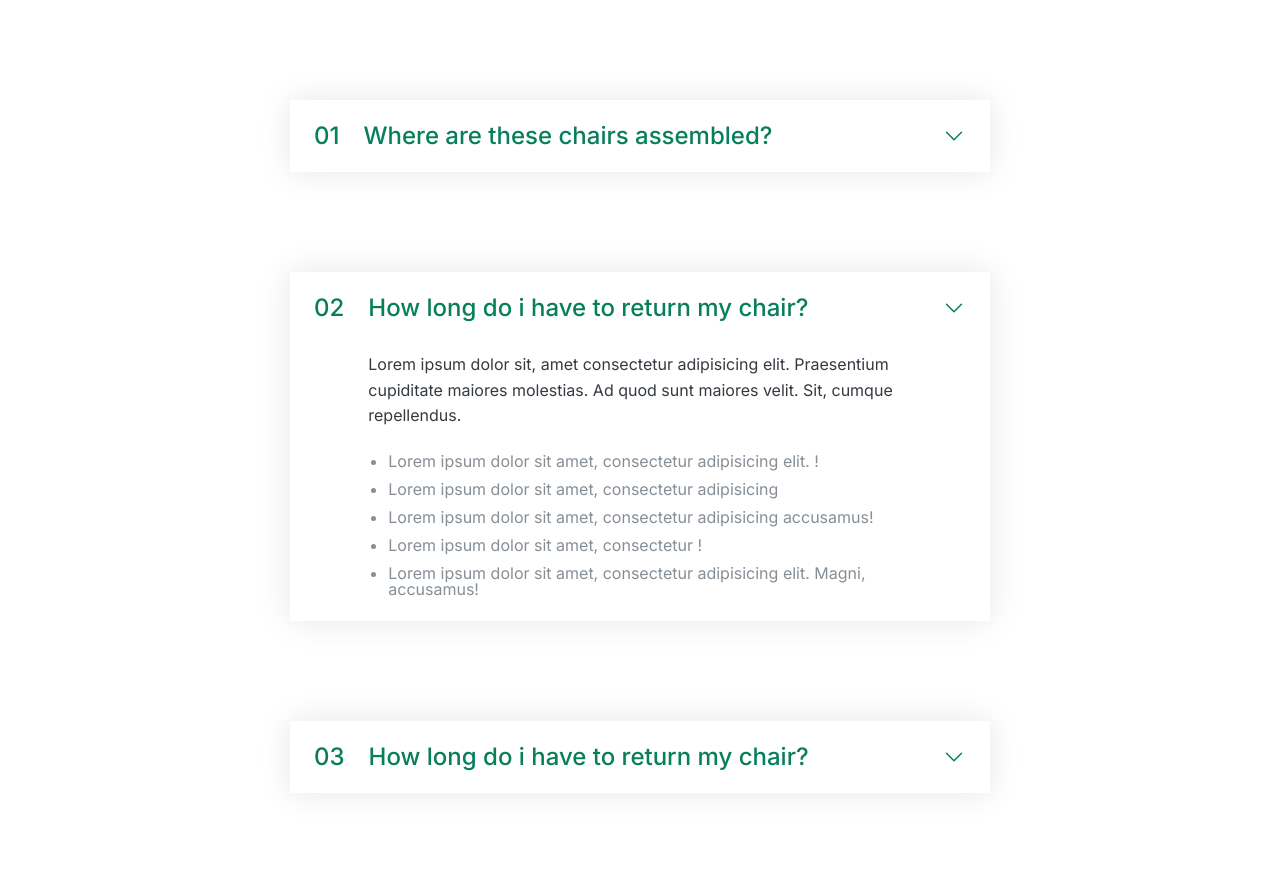
Repository: sunny070/CSS
Page: HTML and CSS some of the important components/index.html
These files come from the project's save history. The page is drawn as it stood at one moment and after a run of saves; the edit follows.
The browser window is 1280 px wide. The pictures show the whole page.

Above is the page before, as saved 2023-11-13 15:28:34.

### HTML and CSS some of the important components/index.html
<!DOCTYPE html>
<html lang="en">
  <head>
    <meta charset="UTF-8" />
    <meta name="viewport" content="width=device-width, initial-scale=1.0" />
    <title>Accordion Components</title>
    <link
      href="https://fonts.googleapis.com/css2?family=Inter:wght@400;500;700&display=swap"
      rel="stylesheet"
    />
    <style>
      /*
    SPACING SYSTEM (px)
    2 / 4 / 8 / 12 / 16 / 24 / 32 / 48 / 64 / 80 / 96 / 128

    FONT SIZE SYSTEM (px)
    10 / 12 / 14 / 16 / 18 / 20 / 24 / 30 / 36 / 44 / 52 / 62 / 74 / 86 / 98
    */

      /*
    MAIN COLOR: #087f5b
    GREY COLOR: #343a40
    */

      * {
        margin: 0;
        padding: 0;
        box-sizing: border-box;
      }

      /* ------------------------ */
      /* GENERAL STYLES */
      /* ------------------------ */
      body {
        font-family: "Inter", sans-serif;
        color: #343a40;
        line-height:1;
      }
      .accordion
      {
        width:700px;
        margin: 100px auto;

      }
      .item{
        box-shadow: 0 0 32px rgba(0,0,0,0.1);
        padding: 24px;
        display: grid;
        grid-template-columns: auto 1fr auto;
        column-gap:24px;
        row-gap: 32px;
        align-items:center;
      }
      .number ,.text{
        font-size: 24px;
        font-weight: 500;
        color:#087f5b;
      }

      .icon{
        width: 24px;
        height: 24px;
        stroke: #087f5b;
      }
      .hidden-box{
        grid-column: 2;
      }
      .hidden-box p{
        line-height: 1.6;
        margin-bottom: 24px;
      }
      .hidden-box ul{
        color:#868e96;
        margin-left: 20px;
        display:flex;
        flex-direction: column;
        gap: 12px;

      }
      /* .hidden-box li{
        margin-bottom: 12px;
      } */
    </style>
  </head>
  <body>
    <div class="accordion">
      <div class="item">
      <p class="number"> 01</p>
      <p class="text">Where are these chairs assembled?</p>
      <svg class="icon" xmlns="http://www.w3.org/2000/svg" fill="none" viewBox="0 0 24 24" stroke-width="1.5" stroke="currentColor" class="w-6 h-6">
        <path stroke-linecap="round" stroke-linejoin="round" d="M19.5 8.25l-7.5 7.5-7.5-7.5" />
      </svg>
      <!-- <div class="hidden-box">
        <p>Lorem ipsum dolor sit, amet consectetur adipisicing elit. Praesentium cupiditate maiores molestias. Ad quod sunt maiores velit. Sit, cumque repellendus.</p>
        <ul>
          <li>Lorem ipsum dolor sit amet, consectetur adipisicing elit. !</li>
          <li>Lorem ipsum dolor sit amet, consectetur adipisicing</li>
          <li>Lorem ipsum dolor sit amet, consectetur adipisicing  accusamus!</li>
          <li>Lorem ipsum dolor sit amet, consectetur !</li>
          <li>Lorem ipsum dolor sit amet, consectetur adipisicing elit. Magni, accusamus!</li>

        </ul>
      </div> -->
      </div>

    </div>
<div class="accordion">
  <div class="item">
  <p class="number"> 02</p>
  <p class="text">How long do i have to return my chair?</p>
  <svg class="icon" xmlns="http://www.w3.org/2000/svg" fill="none" viewBox="0 0 24 24" stroke-width="1.5" stroke="currentColor" class="w-6 h-6">
    <path stroke-linecap="round" stroke-linejoin="round" d="M19.5 8.25l-7.5 7.5-7.5-7.5" />
  </svg>
  <div class="hidden-box">
    <p>Lorem ipsum dolor sit, amet consectetur adipisicing elit. Praesentium cupiditate maiores molestias. Ad quod sunt maiores velit. Sit, cumque repellendus.</p>
    <ul>
      <li>Lorem ipsum dolor sit amet, consectetur adipisicing elit. !</li>
      <li>Lorem ipsum dolor sit amet, consectetur adipisicing</li>
      <li>Lorem ipsum dolor sit amet, consectetur adipisicing  accusamus!</li>
      <li>Lorem ipsum dolor sit amet, consectetur !</li>
      <li>Lorem ipsum dolor sit amet, consectetur adipisicing elit. Magni, accusamus!</li>

    </ul>
  </div>
  </div>

</div>
<div class="accordion">
  <div class="item">
  <p class="number"> 03</p>
  <p class="text">How long do i have to return my chair?</p>
  <svg class="icon" xmlns="http://www.w3.org/2000/svg" fill="none" viewBox="0 0 24 24" stroke-width="1.5" stroke="currentColor" class="w-6 h-6">
    <path stroke-linecap="round" stroke-linejoin="round" d="M19.5 8.25l-7.5 7.5-7.5-7.5" />
  </svg>
  <!-- <div class="hidden-box">
    <p>Lorem ipsum dolor sit, amet consectetur adipisicing elit. Praesentium cupiditate maiores molestias. Ad quod sunt maiores velit. Sit, cumque repellendus.</p>
    <ul>
      <li>Lorem ipsum dolor sit amet, consectetur adipisicing elit. !</li>
      <li>Lorem ipsum dolor sit amet, consectetur adipisicing</li>
      <li>Lorem ipsum dolor sit amet, consectetur adipisicing  accusamus!</li>
      <li>Lorem ipsum dolor sit amet, consectetur !</li>
      <li>Lorem ipsum dolor sit amet, consectetur adipisicing elit. Magni, accusamus!</li>

    </ul>
  </div> -->
  </div>

</div>

  </body>
</html>

After the next 2 saves:
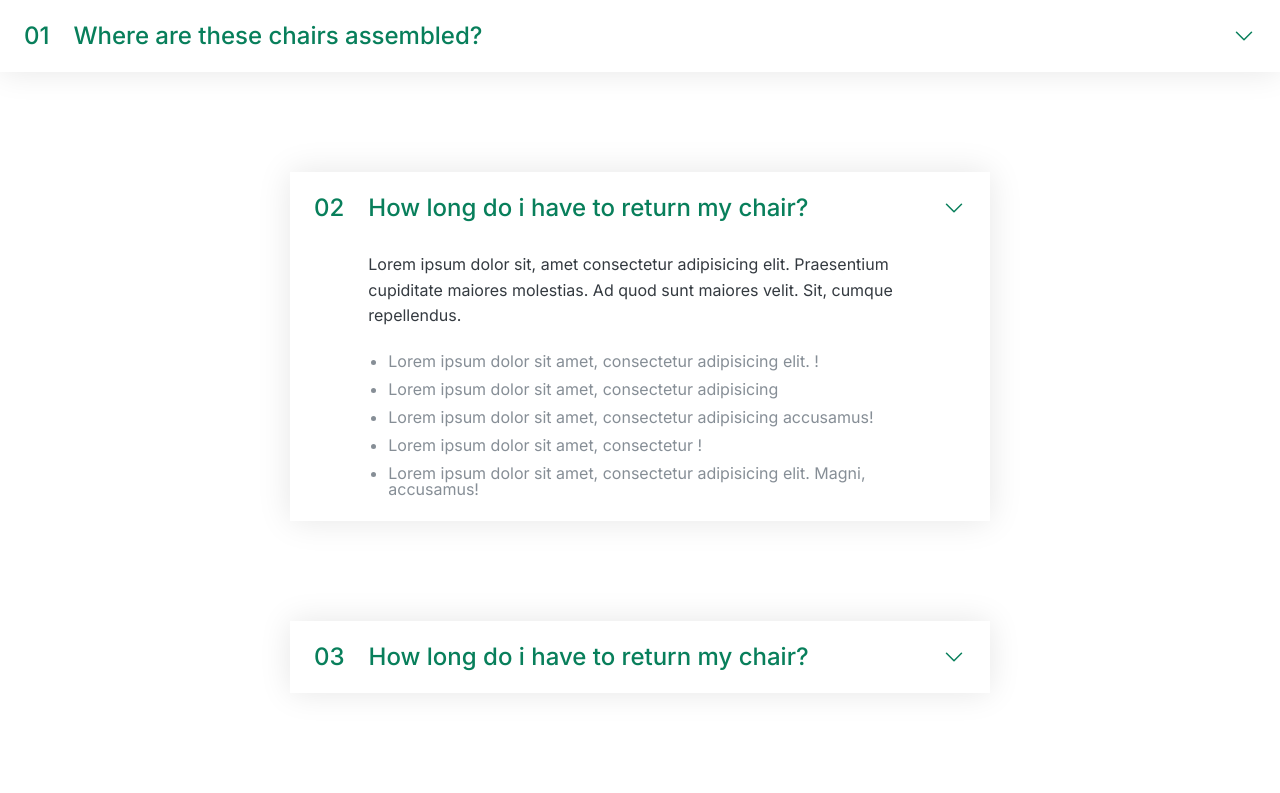
The 2 saves are shown as one change because they came seconds apart.
The last was saved 36 s later.
--- a/HTML and CSS some of the important components/index.html
+++ b/HTML and CSS some of the important components/index.html
@@ -83,7 +83,7 @@
     </style>
   </head>
   <body>
-    <div class="accordion">
+
       <div class="item">
       <p class="number"> 01</p>
       <p class="text">Where are these chairs assembled?</p>
@@ -103,7 +103,7 @@
       </div> -->
       </div>
 
-    </div>
+
 <div class="accordion">
   <div class="item">
   <p class="number"> 02</p>
